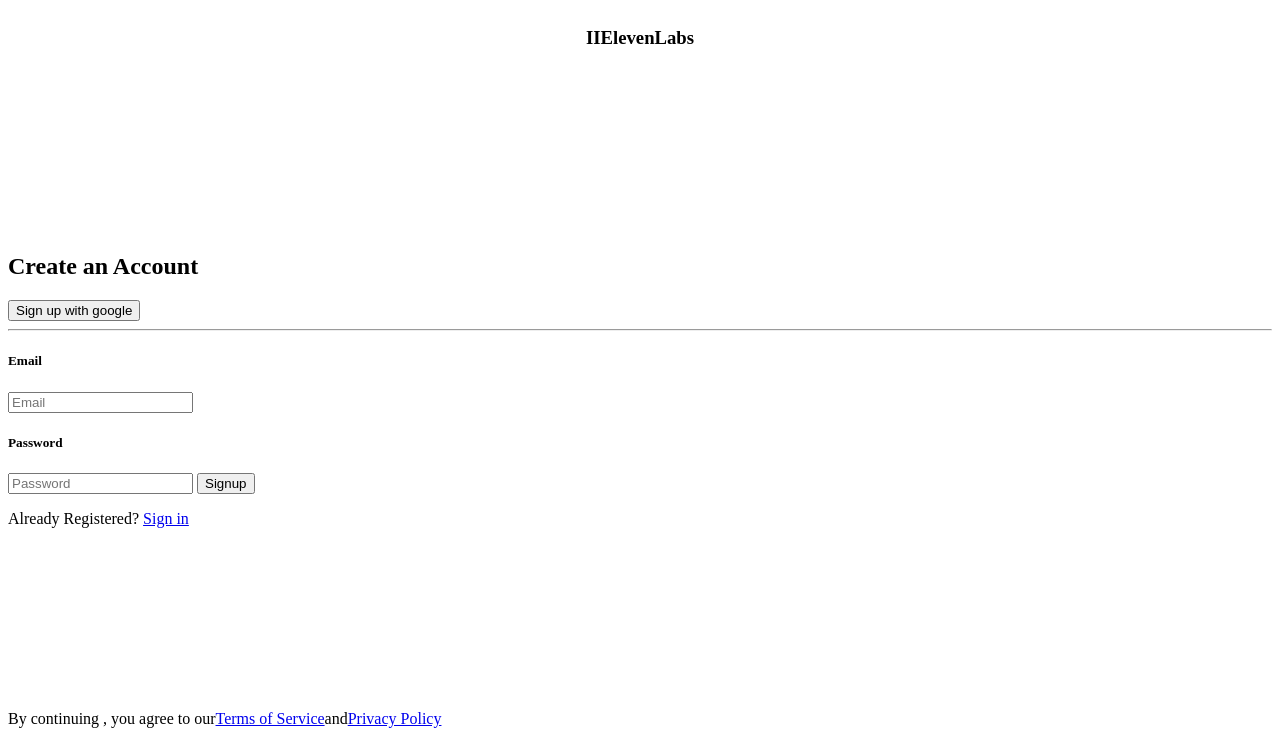
Repository: RohanSai22/harkirat-cohort-learnings
Page: Web/w1_a.html
An editor plug-in stored every save of this project. The page is shown before and after the next save, followed by the edit.
The browser window is 1280 px wide. The pictures show the whole page.

Above is the page before, as saved 2026-03-24 10:09:25.

After the next save:
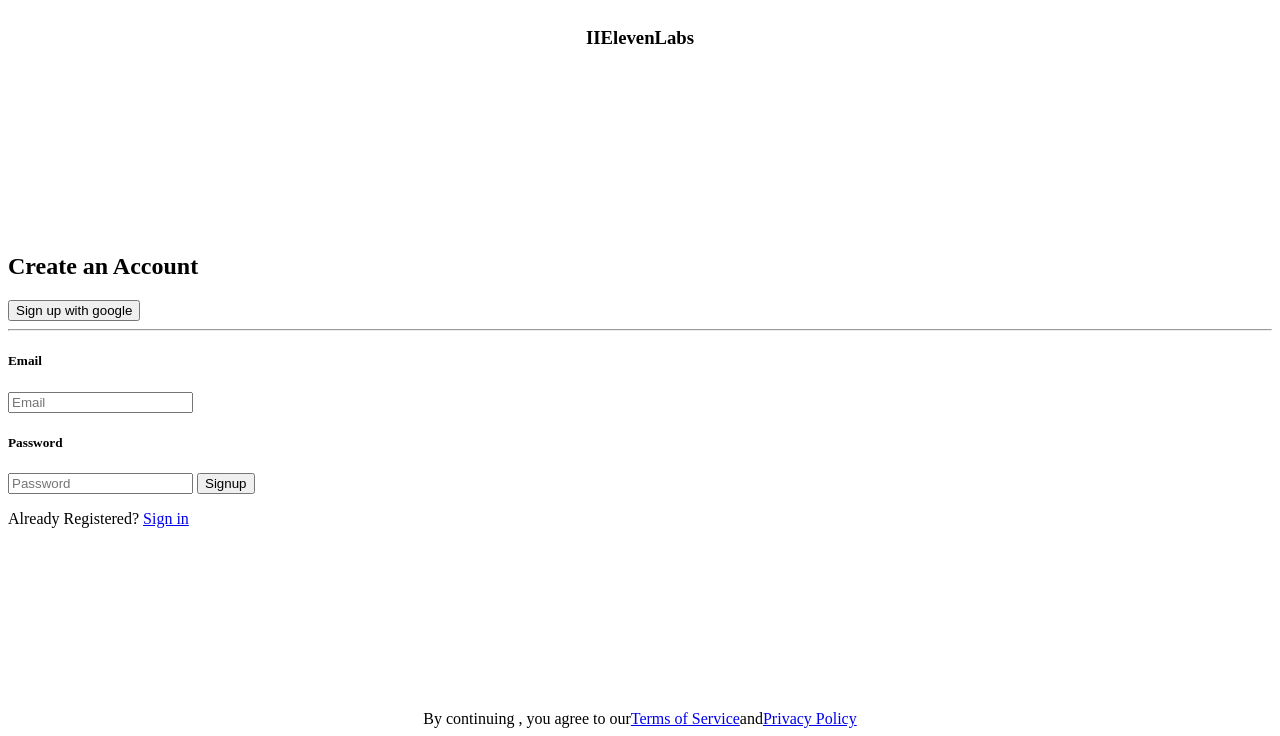
Saved 30 s later.
--- a/Web/w1_a.html
+++ b/Web/w1_a.html
@@ -21,7 +21,7 @@
                     <a href="https://www.gmail.com">Sign in</a>
                 </p>
             </div>
-            <div style="display:flex;">
+            <div style="display:flex;justify-content: center;">
                 By continuing , you agree to our <a href="https://www.google.com/terms-and-conditions">Terms of Service</a> and <a href="https://www.google.com/privacy-policy">Privacy Policy</a>
             </div>
         </div>
